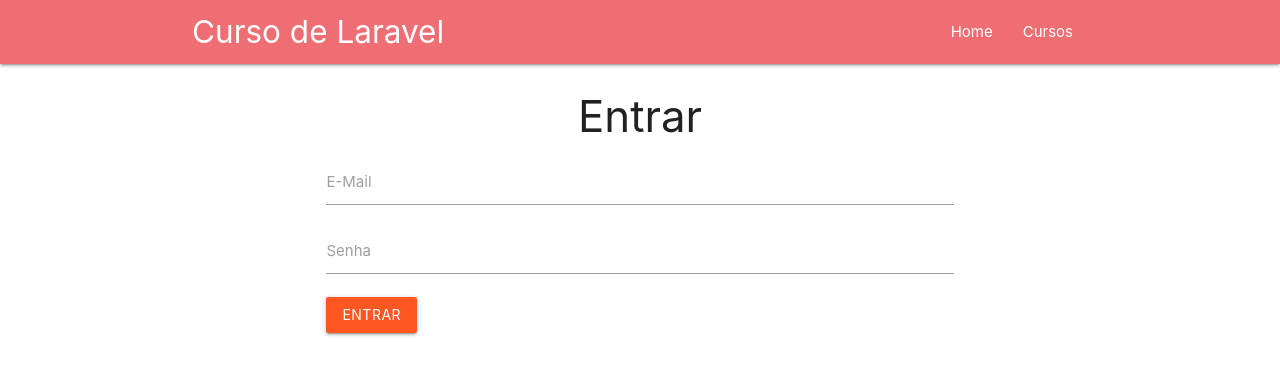
Repository: Kesteves1/Curso_Laravel
Page: http://localhost/login
These files come from the project's save history. The page is drawn as it stood at one moment and after the next save; the edit follows.
The browser window is 1280 px wide. The pictures show the whole page.
Some web libraries are served in a nearby version. The page is served by the project's Laravel application, run on PHP 8.4 with Laravel 8. Other server files are loaded and not shown.

Above is the page before, as saved 2022-04-13 10:38:34.
Console error: TypeError: $(...).sideNav is not a function

### routes/web.php
<?php

use App\Http\Controllers\ContatoController;
use App\Http\Controllers\Site\HomeController;
use Illuminate\Support\Facades\Route;
use App\Http\Controllers\Site\LoginController;
use Illuminate\Support\Facades\Auth;


/*
|--------------------------------------------------------------------------
| Web Routes
|--------------------------------------------------------------------------
|
| This file is where you may define all of the routes that are handled
| by your application. Just tell Laravel the URIs it should respond
| to using a Closure or controller method. Build something great!
|
*/

/*Route::get('/', function ()
{
    return view('home');
});*/

//Route::get('/', [ContatoController::class, 'index']);


Route::get('/login', [LoginController::class, 'index'])->name('site.login');
Route::get('/sair', [LoginController::class, 'index'])->name('site.login.sair');
Route::post('/login/entrar', [LoginController::class, 'entrar'])->name('site.login.entrar');

// Route::post('/contato', ['uses' => 'ContatoController@criar']);

//Route::get('/contato', [ContatoController::class, 'index']);


//Route::get('/admin', [ContatoController::class, 'admin']);

// Route::put('/contato', ['uses' => 'ContatoController@editar']);
//Route::get('/contato/editar', [ContatoController::class, 'editar']);
//Route::get('/contato/criar', [ContatoController::class, 'criar'])->name('contato.criar');



Route::group(['middleware' => 'auth'], function(){
    Route::get('/', [HomeController::class, 'index'])->name('site.home');

    Route::get('/admin/cursos', [ContatoController::class, 'cursos']);
        // Route::post('/admin/cursos/salvar',['as'=>'admin.cursos.salvar','uses'=>'Admin\CursoController@salvar']);
    Route::post('/admin/cursos/salvar', [ContatoController::class, 'salvar'])->name('admin.cursos.salvar');

    // Route::get('/admin/cursos/adicionar',['as'=>'admin.cursos.adicionar','uses'=>'Admin\CursoController@adicionar']);
    Route::get('/admin/cursos/adicionar', [ContatoController::class, 'adicionar'])->name('admin.cursos.adicionar');

    // Route::get('/admin/cursos',['as'=>'admin.cursos','uses'=>'Admin\CursoController@index']);
    Route::get('/admin/cursos/{id?}', [ContatoController::class, 'index'])->name('admin.cursos');

    // Route::get('/admin/cursos/editar/{id}',['as'=>'admin.cursos.editar','uses'=>'Admin\CursoController@editar']);
    Route::get('/admin/cursos/editar/{id}', [ContatoController::class, 'editar'])->name('admin.cursos.editar');

    // Route::put('/admin/cursos/atualizar/{id}',['as'=>'admin.cursos.atualizar','uses'=>'Admin\CursoController@atualizar']);
    Route::put('/admin/cursos/atualizar/{id}', [ContatoController::class, 'atualizar'])->name('admin.cursos.atualizar');

    // Route::get('/admin/cursos/deletar/{id}',['as'=>'admin.cursos.deletar','uses'=>'Admin\CursoController@deletar']);
    Route::get('/admin/cursos/deletar/{id}', [ContatoController::class, 'deletar'])->name('admin.cursos.deletar');

});

### app/Http/Controllers/Site/LoginController.php
<?php

namespace App\Http\Controllers\Site;

use App\Http\Controllers\Controller;
use Illuminate\Http\Request;
use Illuminate\Support\Facades\Auth;

class LoginController extends Controller
{
    public function index()
    {
        return view('login.index');
    }
    public function entrar(request $req)
    {
        $dados = $req->all();
        if(Auth::attempt(['email'=>$dados['email'], 'password'=>$dados['senha']]))
        {
            return redirect()->route('admin.cursos');
        }
        return redirect()->route('site.login');
    }

    public function sair()
    {
        Auth::logout();
        return redirect()->route('site.home');
    }
}

### resources/views/login/index.blade.php
@extends('layout.site')

@section('titulo', 'Contatos')

@section('conteudo')
    <div class="container">
        <h3 class="center">Entrar</h3>
            <div class="row">
                <form class="" method="POST" enctype="multipart/form-data" action="{{route('site.login.entrar')}}">
                        @csrf
                            <div class="container">
                                <div class="input-field">
                                    <input type="text" name="email" >
                                    <label >E-Mail</label>
                                </div>
                                <div class="input-field">
                                    <input type="password" name="senha" >
                                    <label >Senha</label>
                                </div>
                                <button class="btn deep-orange">Entrar</button>
                </form>
            </div>
    </div>
@endsection

### resources/views/layout/site.blade.php

@include('layout._includes.topo')

@yield('conteudo')

@include('layout._includes.footer')

### resources/views/layout/_includes/topo.blade.php
<!DOCTYPE html>
<html>

<head>
    <title>@yield('titulo')</title>
    <!--Import Google Icon Font-->
    <link href="https://fonts.googleapis.com/icon?family=Material+Icons" rel="stylesheet">
    <!-- Compiled and minified CSS -->
    <link rel="stylesheet" href="https://cdnjs.cloudflare.com/ajax/libs/materialize/1.0.0/css/materialize.min.css">

    <!--Let browser know website is optimized for mobile-->
    <meta name="viewport" content="width=device-width, initial-scale=1.0" />
</head>

<body>
    <header>

        <nav>
            <div class="container">
                <div class="nav-wrapper deep-orange">
                    <a href="{{route('admin.cursos')}}" class="brand-logo">Curso de Laravel</a>
                    <a href="#" data-target="mobile-demo" class="sidenav-trigger"><i class="material-icons">menu</i></a>
                    <ul class="right hide-on-med-and-down">
                        <li><a href="{{ route('site.home')}}">Home</a></li>
                        @if(Auth::guest())

                        @else

                        @endif
                        <li><a href="{{ route('admin.cursos') }}">Cursos</a></li>
                    </ul>
                </div>
            </div>
        </nav>

        <ul class="sidenav" id="mobile">
            <li><a href="/">Home</a></li>
            <li><a href="{{ route('admin.cursos') }}">Cursos</a></li>
        </ul>


    </header>

### resources/views/layout/_includes/footer.blade.php
<!-- Compiled and minified JavaScript -->
<script type="text/javascript" src="https://code.jquery.com/jquery-2.1.1.min.js"></script>
<script src="https://cdnjs.cloudflare.com/ajax/libs/materialize/1.0.0/js/materialize.min.js"></script>
<script type="text/javascript">


    $(document).ready(function() {

        // Materialize.updatetextFields();
        $(".button-collapse").sideNav();

        document.addEventListener('DOMContentLoaded', function() {
            var elems = document.querySelectorAll('.sidenav');
            var instances = M.Sidenav.init(elems, options);
        });

        // Or with jQuery

        $(document).ready(function() {
            $('.sidenav').sidenav();

        });
    });
</script>

</body>

</html>

Loaded but not shown: app/Http/Controllers/Controller.php (common file)

After the next save:
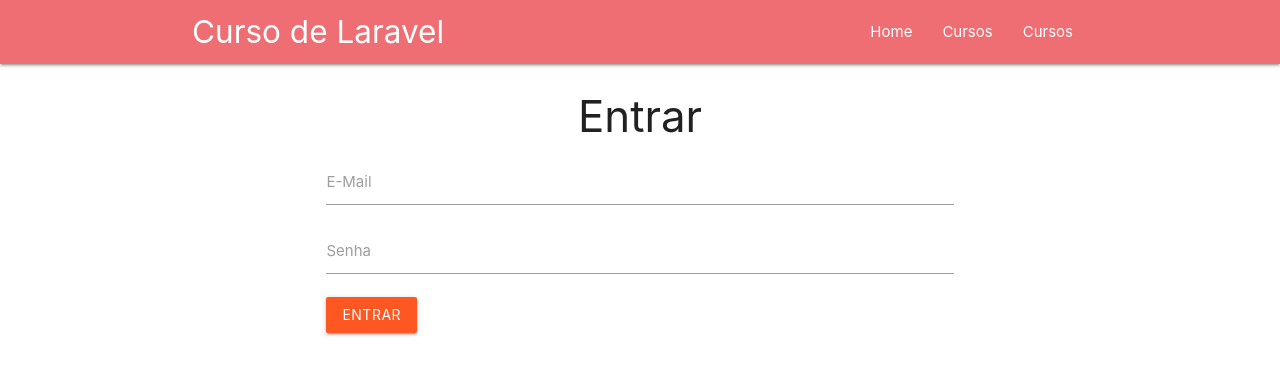
Saved 13 s later.
--- a/resources/views/layout/_includes/topo.blade.php
+++ b/resources/views/layout/_includes/topo.blade.php
@@ -23,7 +23,7 @@
                     <ul class="right hide-on-med-and-down">
                         <li><a href="{{ route('site.home')}}">Home</a></li>
                         @if(Auth::guest())
-
+                        <li><a href="{{ route('admin.cursos') }}">Cursos</a></li>
                         @else
 
                         @endif
